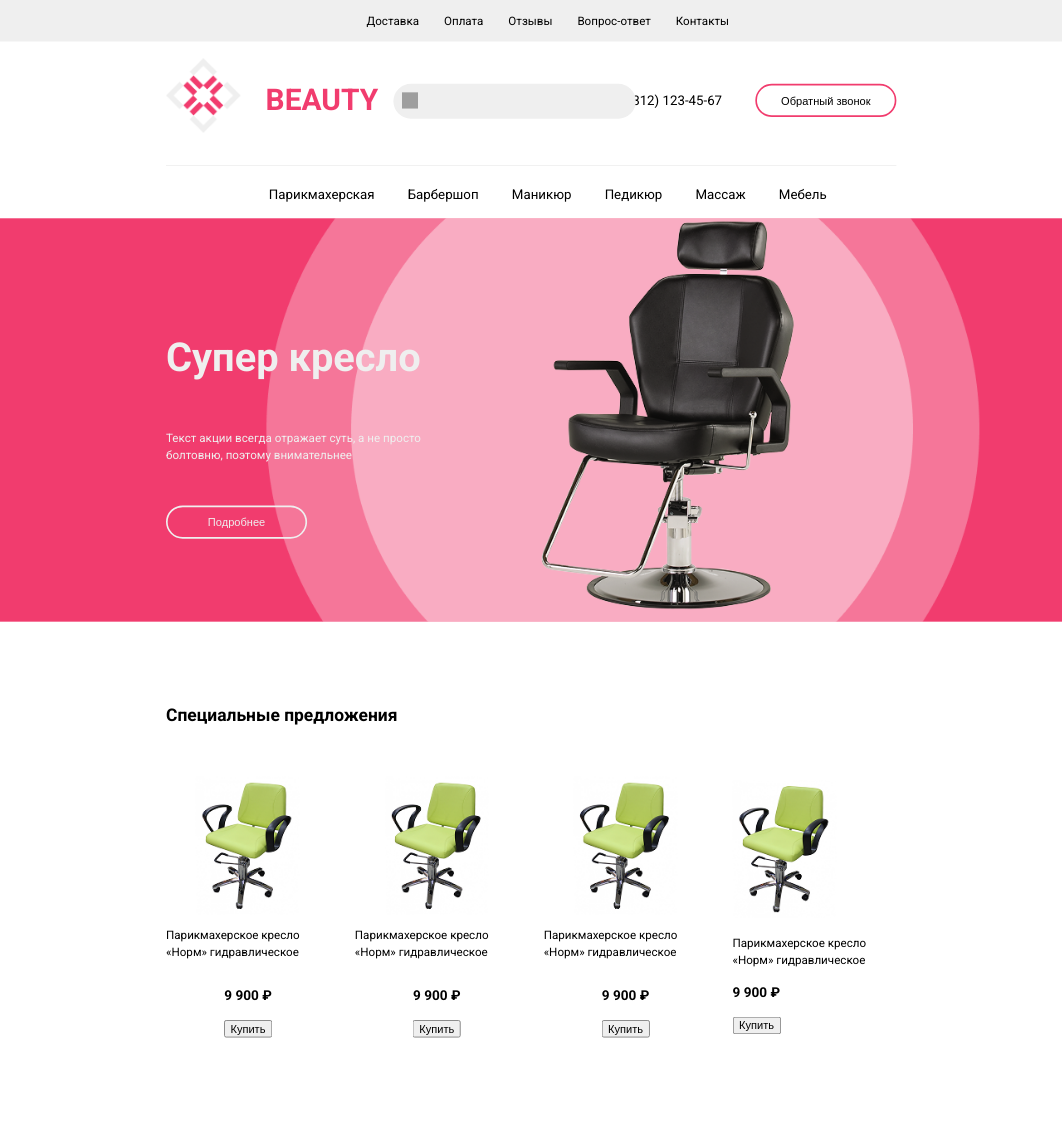
Repository: savannaaaas/verstka
Page: index.html
These files come from the project's save history. The page is drawn as it stood at one moment and after the next save; the edit follows.
The browser window is 1280 px wide. The pictures show the whole page, at 83% of full size.
Pictures or frames that could not be fetched are drawn as grey boxes. Some web fonts or font styles are not loaded; a fallback is used.

Above is the page before, as saved 2025-04-16 10:46:55.

### index.html
<!DOCTYPE html>
<html lang="en">
<head>
    <meta charset="UTF-8">
    <meta name="viewport" content="width=device-width, initial-scale=1.0">
    <title>Figma</title>
    <link rel="preconnect" href="https://fonts.googleapis.com">
    <link rel="preconnect" href="https://fonts.gstatic.com" crossorigin>
    <link href="https://fonts.googleapis.com/css2?family=Istok+Web:ital,wght@0,400;0,700;1,400;1,700&family=Italiana&family=Jura:wght@300..700&family=Roboto:ital,wght@0,100..900;1,100..900&display=swap" rel="stylesheet">
    <link rel="stylesheet" href="style.css">
</head>
<body>
    <div class="content">
        <div class="top-line">
            <ul>
                <li>Доставка</li>
                <li>Оплата</li>
                <li>Отзывы</li>
                <li>Вопрос-ответ</li>
                <li>Контакты</li>
            </ul>
        </div>
        <div class="second-line">
            <div class="second-line-content">
                <div class="logo">
                    <img alt="logo" src="logo.png">
                    <h1>BEAUTY</h1>
                </div>
            <div class="search">
                <input class="search">
                <img alt="search" src="search.png">
            </div>
            <div class="contact">
                <p>8 (812) 123-45-67</p>
                <button>Обратный звонок</button>
            </div>
        </div>
            <hr class="line">
            <div class="service">
                <ul>
                    <li>Парикмахерская</li>
                    <li>Барбершоп</li>
                    <li>Маникюр</li>
                    <li>Педикюр</li>
                    <li>Массаж</li>
                    <li>Мебель</li>
                </ul>
            </div>
        </div>
        <div class="sale">
            <div class="text-armchair">
                <h1>Супер кресло</h1>
                <p>Текст акции всегда отражает суть, а не просто болтовню, поэтому внимательнее</p>
                <button>Подробнее</button>
            </div>
            <img class="elipse1" alt="elipse" src="elipse1.png">
            <img class="elipse2" alt="elipse" src="ellipse2.png">
            <img class="chair" alt="chair" src="armchairs.png">
        </div>
        <div class="goods">
            <h2>Специальные предложения</h2>
            <div class="armChairsGreen">
                <div class="armchair1">
                    <img alt="armchair" src="greenArmchair.png">
                    <p class="text-greenArmchair">Парикмахерское кресло «Норм» гидравлическое</p>
                    <h3>9 900 ₽</h3>
                    <button>Купить</button>
                </div>
                <div class="armchair2">
                    <img alt="armchair" src="greenArmchair.png">
                    <p class="text-greenArmchair">Парикмахерское кресло «Норм» гидравлическое</p>
                    <h3>9 900 ₽</h3>
                    <button>Купить</button>
                </div>
                <div class="armchair3">
                    <img alt="armchair" src="greenArmchair.png">
                    <p class="text-greenArmchair">Парикмахерское кресло «Норм» гидравлическое</p>
                    <h3>9 900 ₽</h3>
                    <button>Купить</button>
                </div>
                <div class="armchair4">
                    <img alt="armchair" src="greenArmchair.png">
                    <p class="text-greenArmchair">Парикмахерское кресло «Норм» гидравлическое</p>
                    <h3>9 900 ₽</h3>
                    <button>Купить</button>
                </div>
            </div>

        </div>

    </div>
</body>
</html>

### style.css
body {
    min-height: 100vh;
    max-width: 1920px;
    margin: 0 auto;
    scroll-behavior: smooth;
    text-rendering: optimizeSpeed;
    line-height: 1.5;
    padding: 0;
    font-family: "Roboto", sans-serif;
    font-weight: 400;
    font-style: normal;
    font-size: 14px;

  }
  .top-line{
    display: flex;
    background-color: #EFEFEF;
    height: 50px;
    align-items: center;
    justify-content: center;

  }
   .top-line ul{
    display: flex;
    list-style: none;
    flex-wrap: nowrap;
    gap: 30px;
   }
   .second-line{
    display: flex;
    margin: 0 auto;
    align-items: center;
    flex-direction: column;
    padding: 0px 200px;

   }
   .second-line-content{
    width: 100%;
    height: 100%;
    display: flex;
    margin: 0 auto;
    align-items: center;
  justify-content: space-between;
  padding: 20px 0;
   }

.logo{
    display: flex;
    flex-wrap: nowrap;
    gap: 30px;
   }
.logo img{
    width: 90px;
    height: 90px;
}
 .logo h1{
    font-size: 36px;
    color: #F13C6E;
   }

   .search {
    position: relative;
    width: 250px;
    height: 40px;
  }

  .search input {
    border-radius: 40px;
    width: 100%;
    height: 100%;
    border: none;
    background-color: #EFEFEF;
    padding-left: 40px;
  }

  .search img {
    position: absolute;
    left: 10px;
    top: 50%;
    transform: translateY(-50%);
    width: 20px;
    height: 20px;
    pointer-events: none;
  }
  .contact{
    display: flex;
    gap: 40px;
    align-items: center;

  }
  .contact p{
    font-size: 16px;
  }
  .contact button{
    width: 170px;
    height: 40px;
    border: 2px solid #F13C6E;
    border-radius: 40px;
    background: transparent;
  }
hr{
    width: 100%;
    border: none;
    border-top: 1px solid #EFEFEF;
}
.service ul{
    display: flex;
    list-style: none;
    flex-wrap: nowrap;
    gap: 40px;
    font-size: 16px;
   }
   .sale{
    display: flex;
    position: relative;
    background-color: #F13C6E;
    justify-content: space-between;
    align-items: center;
    padding: 100px 200px;
    /**/
    overflow: hidden;
   }

   .elipse1 {
    position: absolute;
    right: 100px;
    top: 50%;
    transform: translateY(-50%);
    z-index: 0;
  }

  .elipse2 {
    position: absolute;
    right: 180px;
    top: 50%;
    transform: translateY(-50%);
    z-index: 1;
  }

  .chair {
    position: absolute;
    right: 180px;
    top: 50%;
    transform: translateY(-50%);
    z-index: 2;
  }

  .text-armchair {
    z-index: 3;
    max-width: 350px;
    color: #EFEFEF;
  }

   .text-armchair h1{
    font-size: 48px;
    color: #EFEFEF;
   }
   .text-armchair p{
    font-size: 14px;
    color: #EFEFEF;
    margin: 50px 0;
   }
   .text-armchair button{
    width: 170px;
    height: 40px;
   background: transparent;
   border-radius: 40px;
   border: 2px solid #EFEFEF;
   color: #EFEFEF;
   }
   .goods{
    padding: 80px 200px;
   }
   .armChairsGreen{
   display: flex;
   justify-content: center;
   align-items: center;
   flex-direction: row;
   gap: 30px;
   padding: 40px 0px;
   }
   .armchair1, .armchair2, .armchair3, .armchair3{
    display: flex;
    justify-content: center;
    align-items: center;
    flex-direction: column;
   }

After the next save:
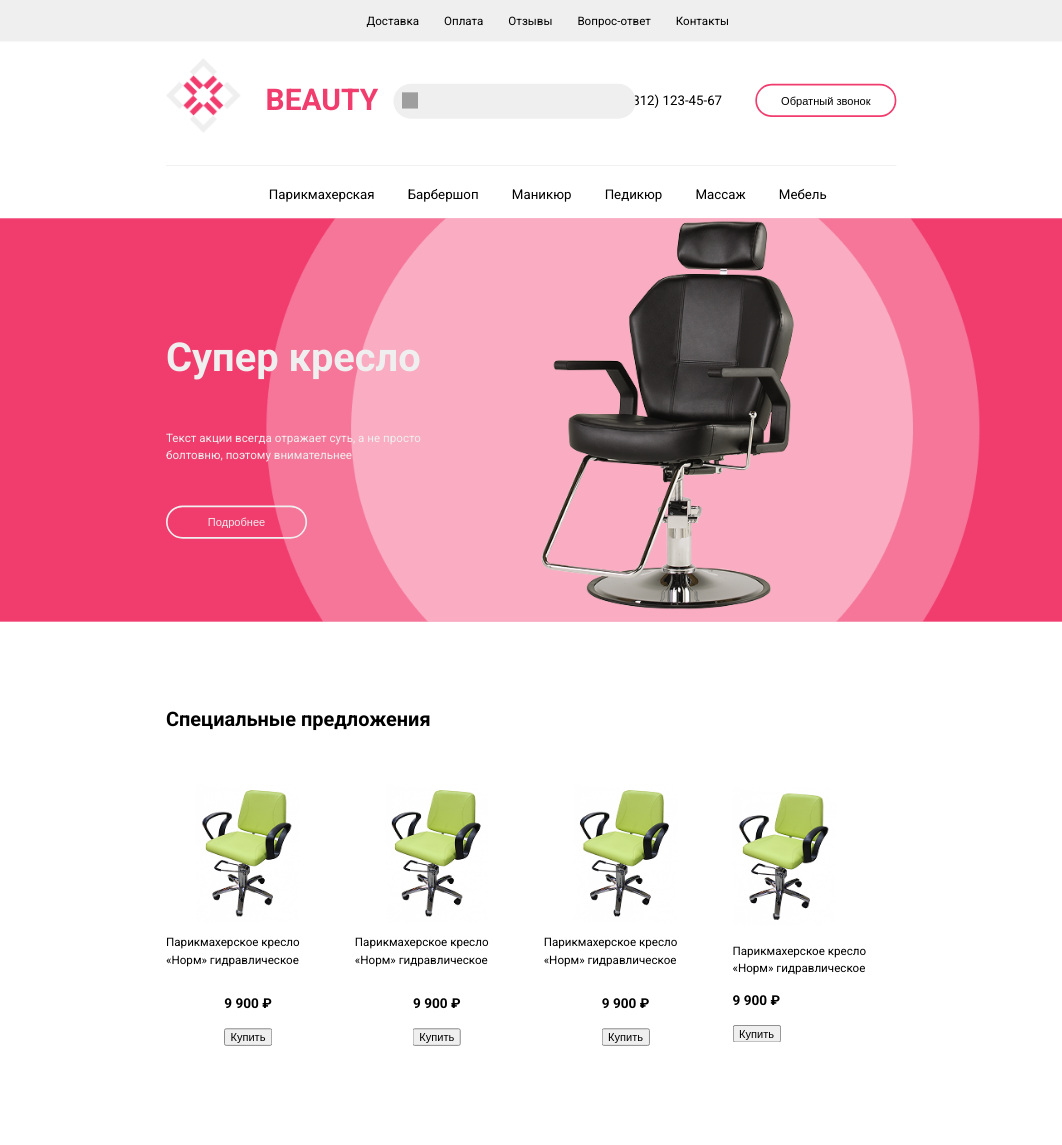
Saved 2 min 50 s later.
--- a/style.css
+++ b/style.css
@@ -185,3 +185,6 @@
     align-items: center;
     flex-direction: column;
    }
+   .goods h2{
+    font-size: 24px;
+   }

After the save that followed:
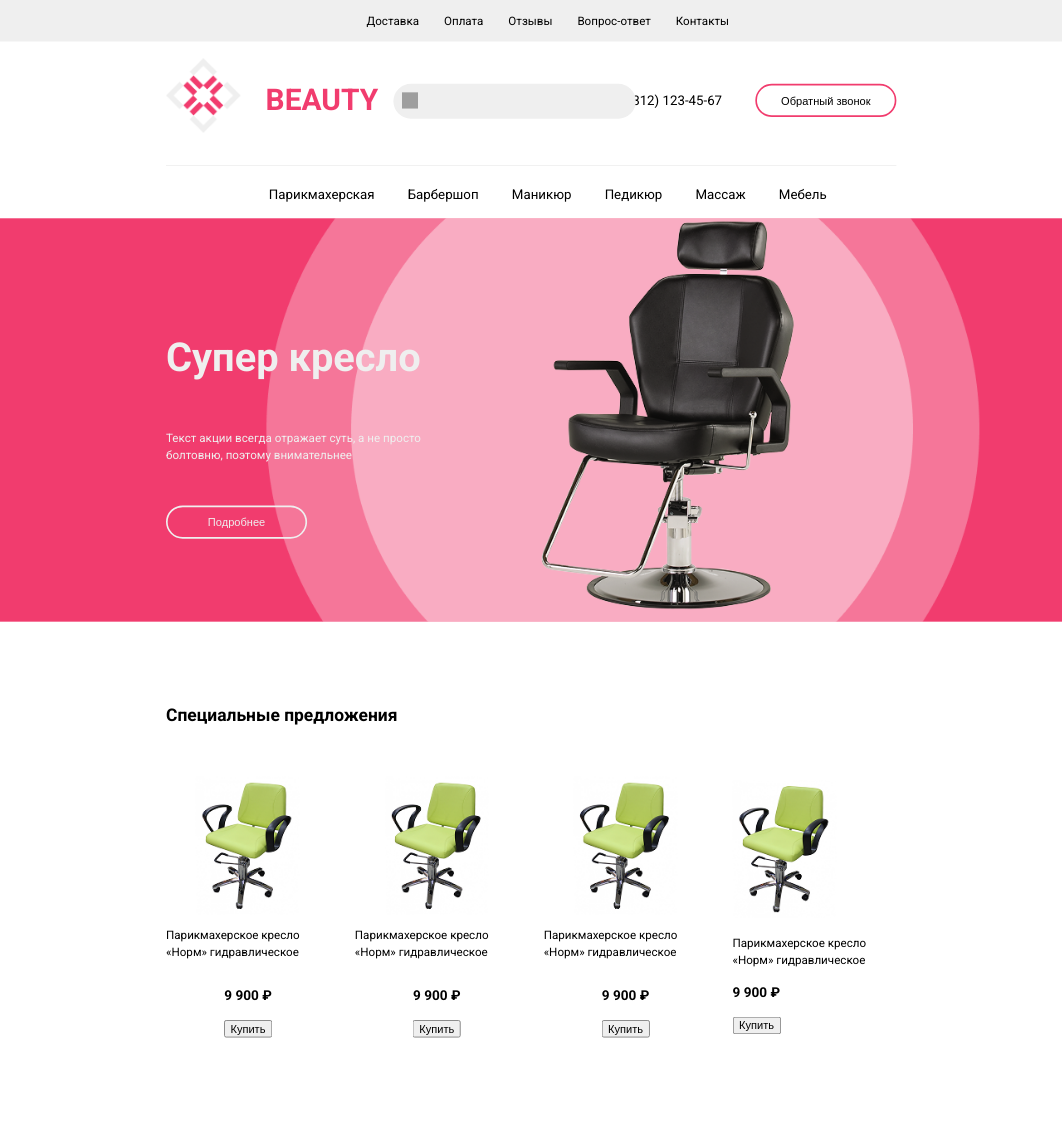
Saved 3 min 5 s later.
--- a/style.css
+++ b/style.css
@@ -185,6 +185,3 @@
     align-items: center;
     flex-direction: column;
    }
-   .goods h2{
-    font-size: 24px;
-   }
